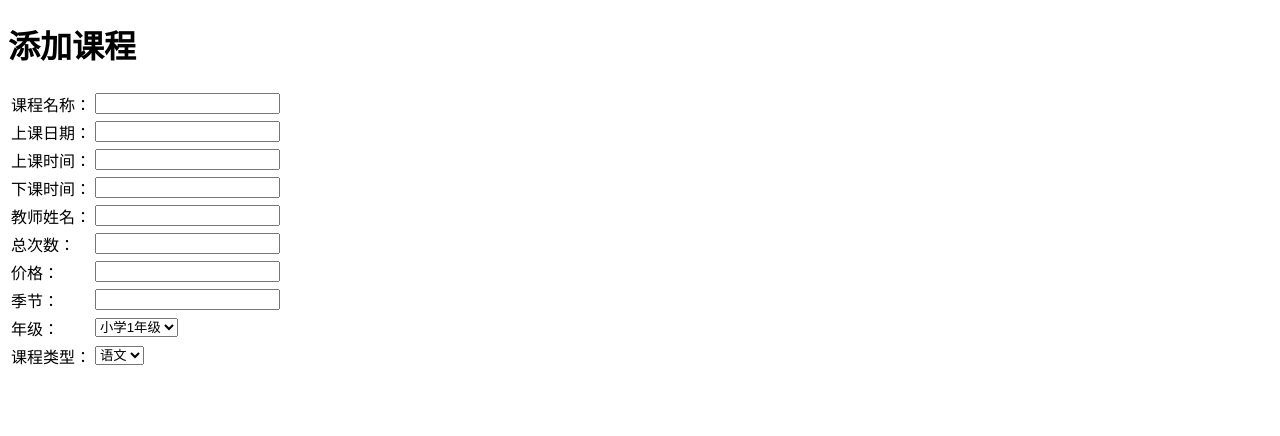
Repository: arkulo56/codeLibrary
Page: http://localhost/firstWeb/addCourse.jsp
An editor plug-in stored every save of this project. The page is shown before and after the next save, followed by the edit.
The browser window is 1280 px wide. The pictures show the whole page.
The page is served by Tomcat 9. Other server files are loaded and not shown.

Above is the page before, as saved 2016-04-21 08:28:53.

### java/firstWeb/WebContent/addCourse.jsp
<%@page import="java.text.SimpleDateFormat"%>
<%@ page language="java" contentType="text/html; charset=UTF-8"
    pageEncoding="UTF-8"%>
<%@ page import="java.util.*,model.*,action.*" %>
<!DOCTYPE html PUBLIC "-//W3C//DTD HTML 4.01 Transitional//EN" "http://www.w3.org/TR/html4/loose.dtd">
<html>
<head>
<meta http-equiv="Content-Type" content="text/html; charset=UTF-8">
<title>Insert title here</title>
</head>
<body>
<h1>添加课程</h1>
<form action="addDeal.jsp" method="post">
<table>
<tr>
	<td>课程名称：</td>
	<td><input type="text" name="name" /></td>
</tr>
<tr>
	<td>上课日期：</td>
	<td><input type="text" name="classDate" /></td>
</tr>
<tr>
	<td>上课时间：</td>
	<td><input type="text" name="startTime" /></td>
</tr>
<tr>
	<td>下课时间：</td>
	<td><input type="text" name="endTime" /></td>
</tr>
<tr>
	<td>教师姓名：</td>
	<td><input type="text" name="teacher" /></td>
</tr>
<tr>
	<td>总次数：</td>
	<td><input type="text" name="classNumber" /></td>
</tr>
<tr>
	<td>价格：</td>
	<td><input type="text" name="price" /></td>
</tr>
<tr>
	<td>季节：</td>
	<td><input type="text" name="season" /></td>
</tr>
<tr>
	<td>年级：</td>
	<td>
	<select name="classLevel">
		<option value="1">小学1年级</option>
		<option value="2">小学2年级</option>
		<option value="3">小学3年级</option>
		<option value="4">小学4年级</option>
		<option value="5">小学5年级</option>
		<option value="6">小学6年级</option>
		<option value="7">初中1年级</option>
		<option value="8">初中2年级</option>
		<option value="9">初中3年级</option>
		<option value="10">高中1年级</option>
		<option value="11">高中2年级</option>
		<option value="12">高中3年级</option>
	</select>
	</td>
</tr>
<tr>
	<td>课程类型：</td>
	<td>
	<select name="classGategory">
		<option value="1">语文</option>
		<option value="2">数学</option>
		<option value="3">英语</option>
		<option value="4">物理</option>
		<option value="5">化学</option>
		<option value="6">生物</option>
		<option value="7">地理</option>
	</select>
	</td>
</tr>
</table>
</form>
</body>
</html>

After the next save:
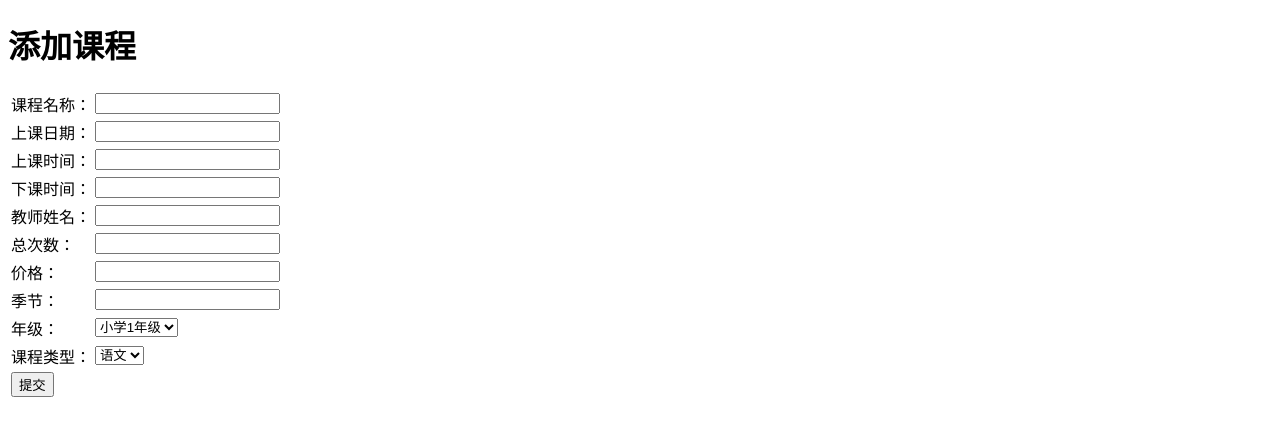
Saved 73 s later.
--- a/java/firstWeb/WebContent/addCourse.jsp
+++ b/java/firstWeb/WebContent/addCourse.jsp
@@ -77,6 +77,9 @@
 	</select>
 	</td>
 </tr>
+<tr>
+	<td colspan="2"><input type="submit" value="提交" /></td>
+</tr>
 </table>
 </form>
 </body>
